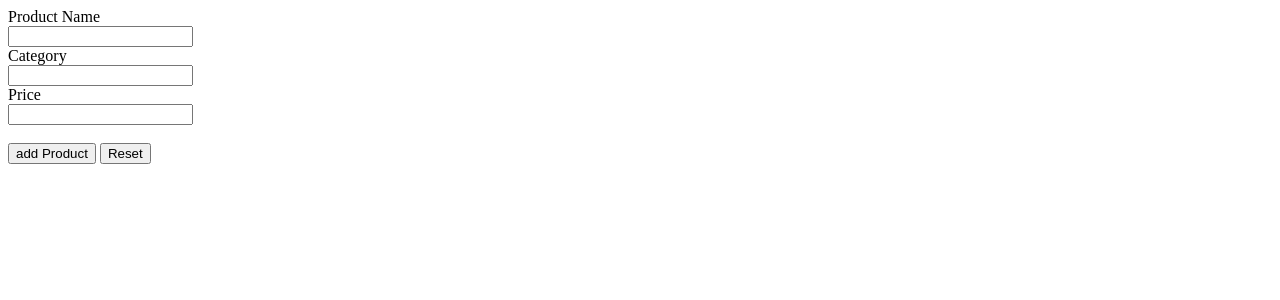
Repository: patramanik/java_ORM_Hibernate
Page: http://localhost/HD19/addproduct.jsp
An editor plug-in stored every save of this project. The page is shown before and after the next save, followed by the edit.
The browser window is 1280 px wide. The pictures show the whole page.
The page is served by Tomcat 9. Nobody is signed in. The application's start-up code is not run.

Above is the page before, as saved 2025-04-09 18:41:56.

After the next save:
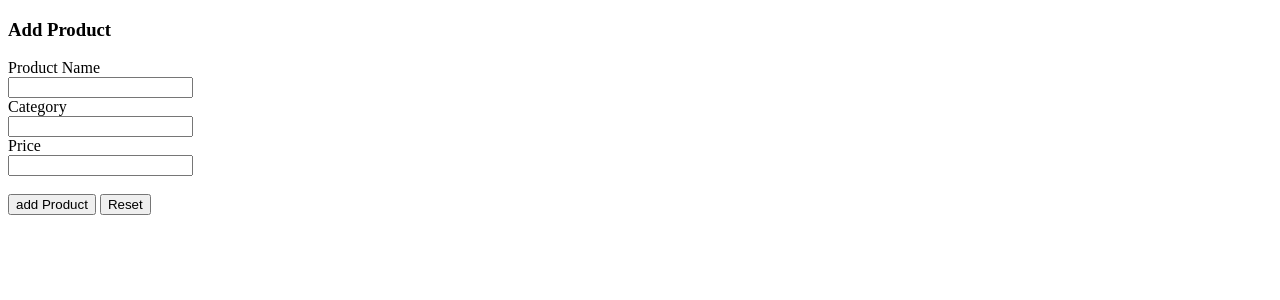
Saved 32 s later.
--- a/HD19/src/main/webapp/addproduct.jsp
+++ b/HD19/src/main/webapp/addproduct.jsp
@@ -9,6 +9,7 @@
 <body>
 
 	<div>
+	<h3>Add Product</h3>
 	<form action="AddProduct" method="post">
 	  <label>Product Name</label><br>
 	  <input type="text" name="name"><br>
